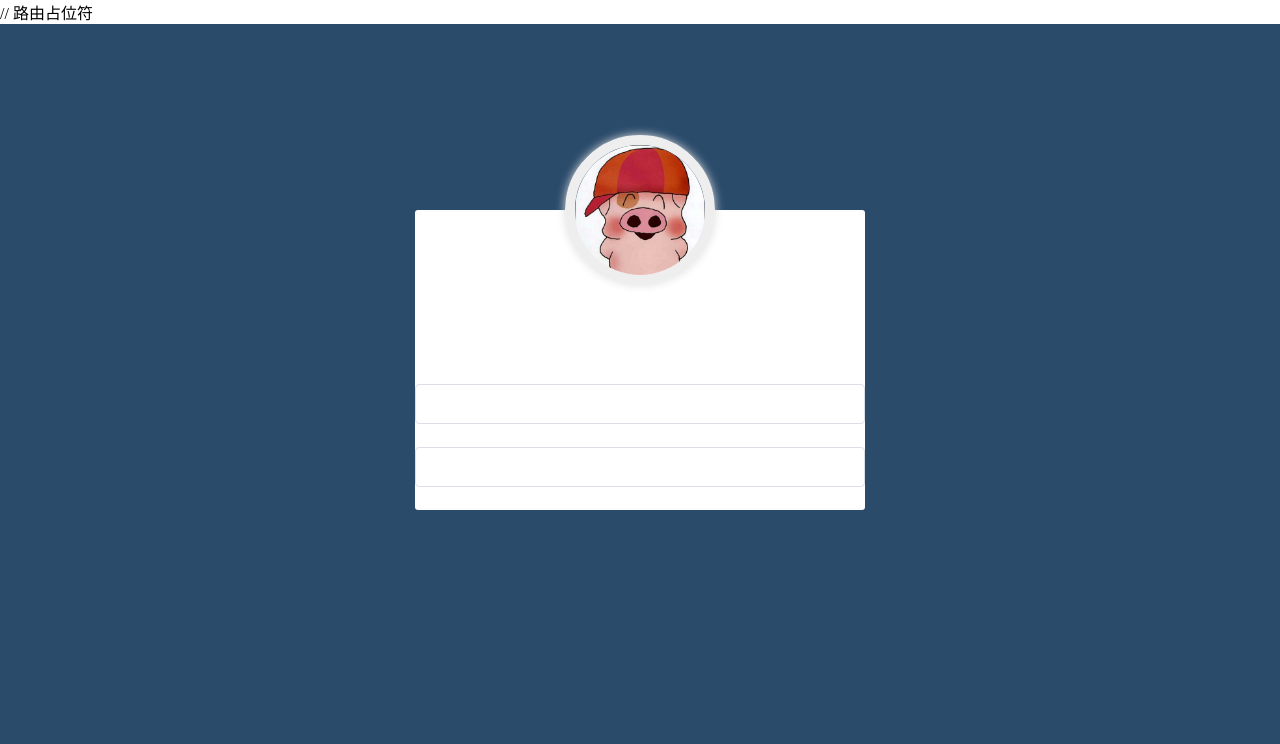
Repository: Japcy/onetwothree
Page: /
An editor plug-in stored every save of this project. The page is shown before and after the next save, followed by the edit.
The browser window is 1280 px wide. The pictures show the whole page.
The project was rebuilt for these pictures with package versions that can differ from the ones it lists, and the page was loaded fresh each time.

Above is the page before, as saved 2020-02-29 00:07:41.

After the next save:
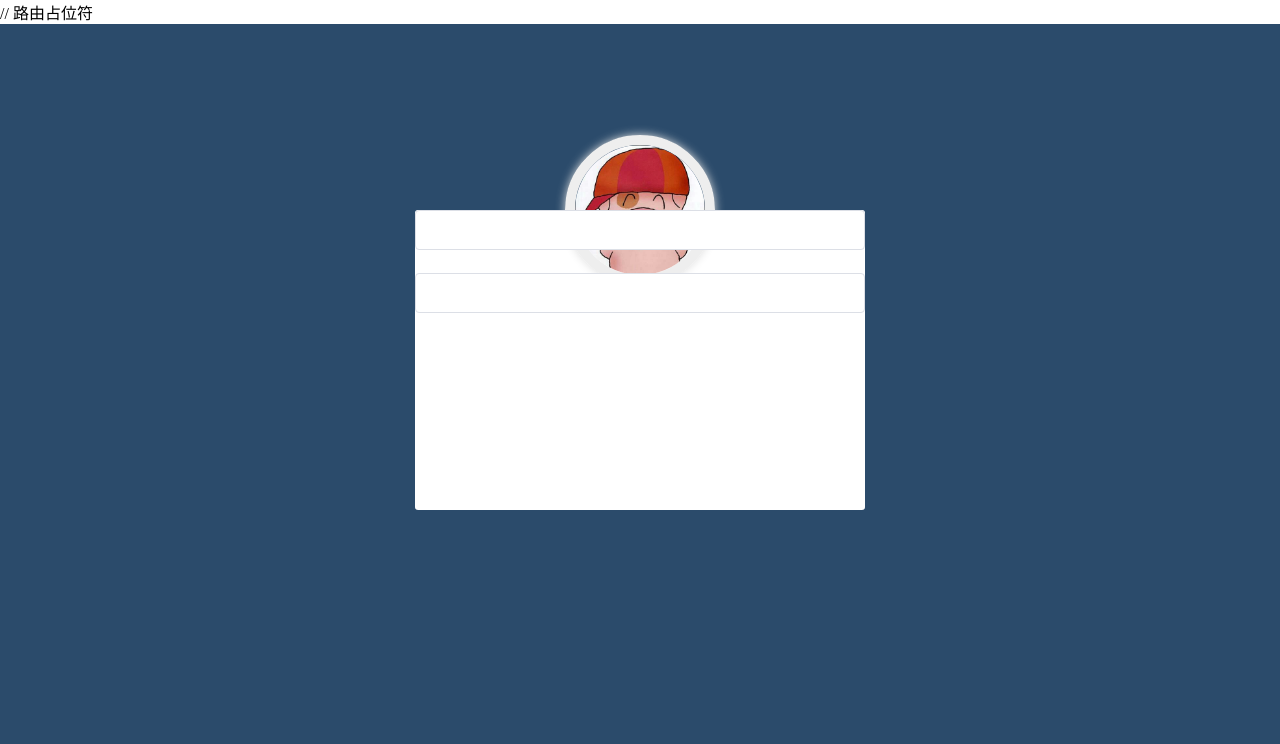
Saved 49 s later.
--- a/src/components/Login.vue
+++ b/src/components/Login.vue
@@ -5,7 +5,7 @@
         <img src="../assets/img/logo.jpg" alt />
       </div>
       <!-- 登录表单区 -->
-      <div class="login-form">
+      <div>
         <el-form label-width="0px">
           <!-- 用户名 -->
           <el-form-item>

After the save that followed:
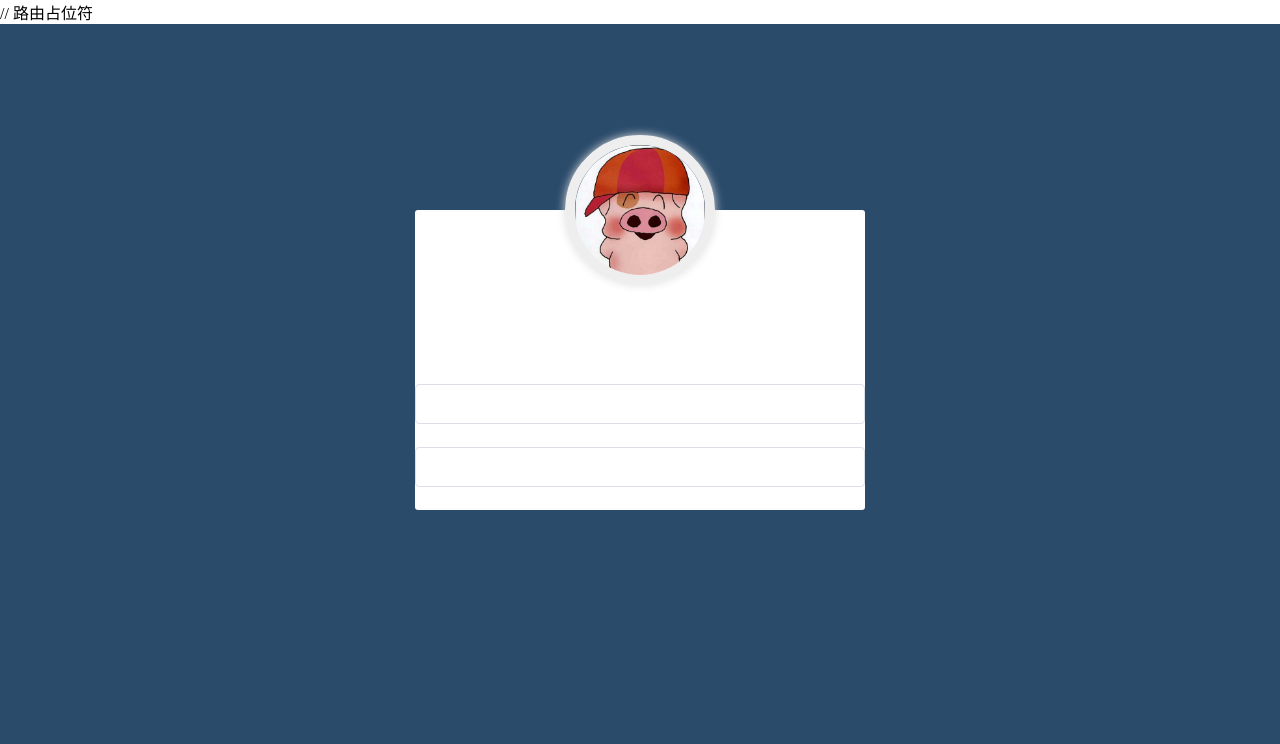
Saved 6 s later.
--- a/src/components/Login.vue
+++ b/src/components/Login.vue
@@ -6,7 +6,7 @@
       </div>
       <!-- 登录表单区 -->
       <div>
-        <el-form label-width="0px">
+        <el-form label-width="0px" class="login-form">
           <!-- 用户名 -->
           <el-form-item>
             <el-input></el-input>
